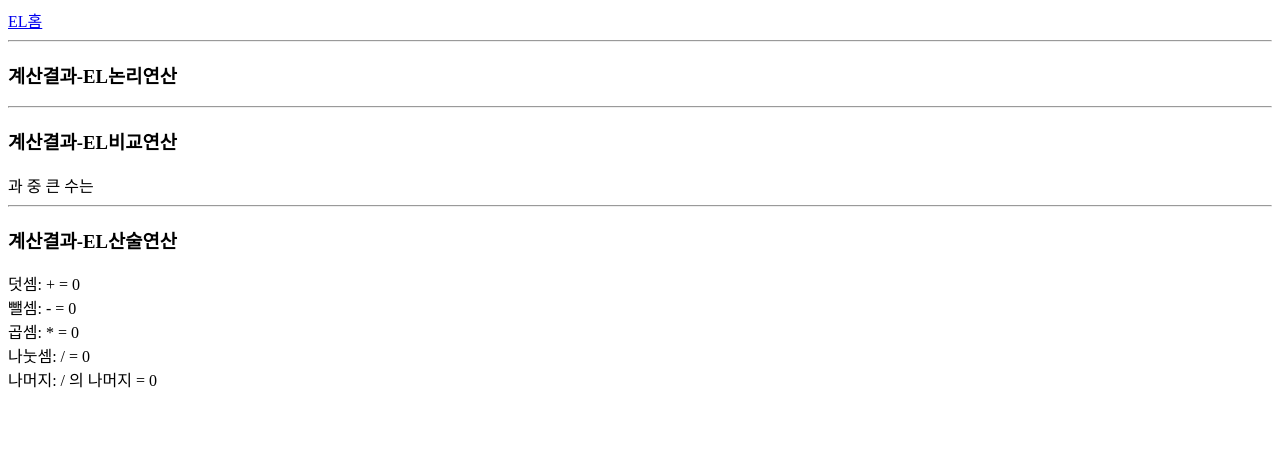
Repository: linklifejo/study_web
Page: http://localhost/servlet02/el/calculator_result.jsp
The author's editor kept a copy of each file at every save. The page is drawn from the files as they stood at one save, then again after the next save.
The browser window is 1280 px wide. The pictures show the whole page.
The page is served by Tomcat 9. Other server files are loaded and not shown.

Above is the page before, as saved 2023-02-07 02:07:59.

### servlet02/src/main/webapp/el/calculator_result.jsp
<%@ page language="java" contentType="text/html; charset=UTF-8"
    pageEncoding="UTF-8"%>
<!DOCTYPE html>
<html>
<head>
<meta charset="UTF-8">
<title>Insert title here</title>
</head>
<body>
<a href='index.jsp'>EL홈</a>
<hr>
<h3>계산결과-EL논리연산</h3>


<hr>
<h3>계산결과-EL비교연산</h3>
<div>${param.no1} 과 ${param.no2} 중 큰 수는
		${param.no1 gt (param.no2-0) ? param.no1 : param.no2 }
		${(param.no1-0) gt param.no2 ? param.no1 : param.no2 }
		${ param.no1-param.no2>0 ? param.no1 : param.no2 }
		</div>
<hr>
<h3>계산결과-EL산술연산</h3>
<div>덧셈: ${param.no1} + ${param.no2} = ${param.no1 + param.no2}</div>
<div>뺄셈: ${param.no1} - ${param.no2} = ${param.no1 - param.no2}</div>
<div>곱셈: ${param.no1} * ${param.no2} = ${param.no1 * param.no2}</div>
<div>나눗셈: ${param.no1} / ${param.no2} =
			${param.no2==0 ? 0 : param.no1 div param.no2}</div>
<div>나머지: ${param.no1} / ${param.no2}의 나머지 =
			${param.no2==0 ? param.no1 : param.no1 mod param.no2}</div>

</body>
</html>

After the next save:
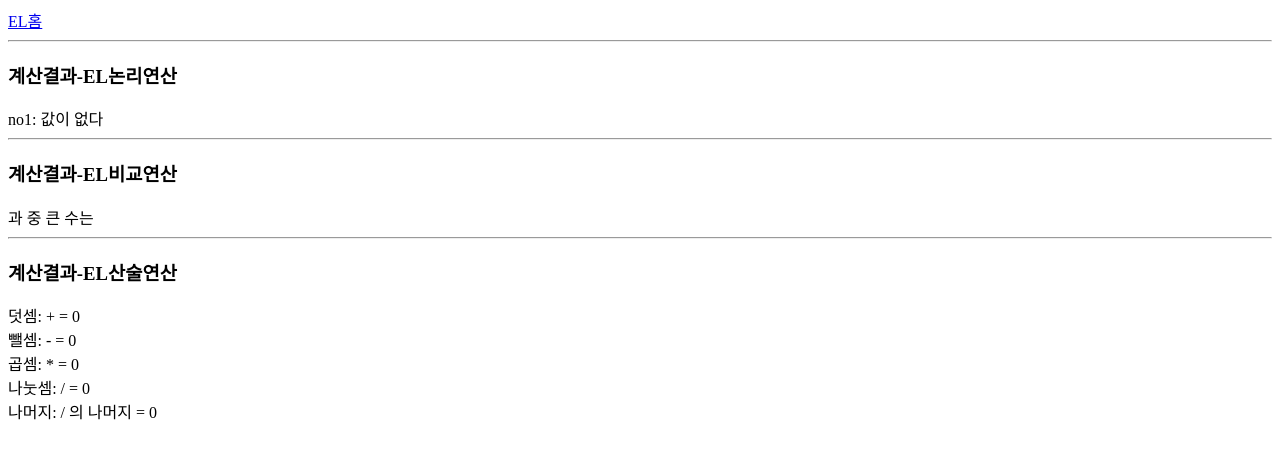
Saved 68 s later.
--- a/servlet02/src/main/webapp/el/calculator_result.jsp
+++ b/servlet02/src/main/webapp/el/calculator_result.jsp
@@ -10,7 +10,7 @@
 <a href='index.jsp'>EL홈</a>
 <hr>
 <h3>계산결과-EL논리연산</h3>
-
+<div>no1: 값이 ${empty param.no1 ? '없다' : '있다'} </div>
 
 <hr>
 <h3>계산결과-EL비교연산</h3>
